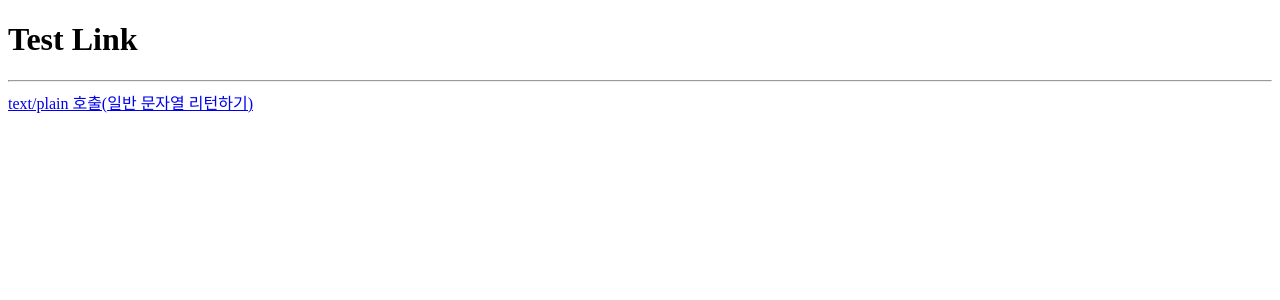
Repository: shashak23/spring_workspace
Page: springweb/src/main/webapp/resources/sample09/responseBodyTest.html
The author's editor kept a copy of each file at every save. The page is drawn from the files as they stood at one save, then again after the next save.
The browser window is 1280 px wide. The pictures show the whole page.

Above is the page before, as saved 2023-03-02 05:42:49.

### springweb/src/main/webapp/resources/sample09/responseBodyTest.html
<!DOCTYPE html>
<html>
<head>
<meta charset="UTF-8">
<title>Insert title here</title>
</head>
<body>
	<h1>Test Link</h1>
	<hr>
	<a href="/springweb/body/text/3">text/plain 호출(일반 문자열 리턴하기)</a>
</body>
</html>

After the next save:
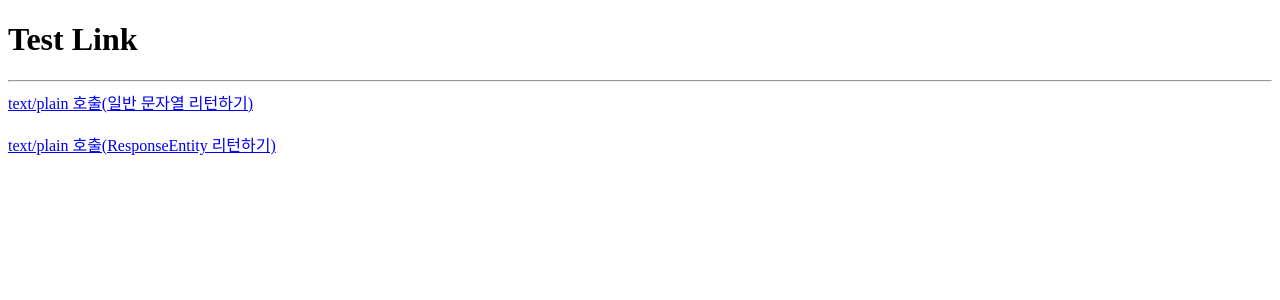
Saved 19 min 11 s later.
--- a/springweb/src/main/webapp/resources/sample09/responseBodyTest.html
+++ b/springweb/src/main/webapp/resources/sample09/responseBodyTest.html
@@ -8,5 +8,8 @@
 	<h1>Test Link</h1>
 	<hr>
 	<a href="/springweb/body/text/3">text/plain 호출(일반 문자열 리턴하기)</a>
+	<br><br>
+	<a href="/springweb/body/textObject/2">text/plain 호출(ResponseEntity 리턴하기)</a>
+
 </body>
 </html>
